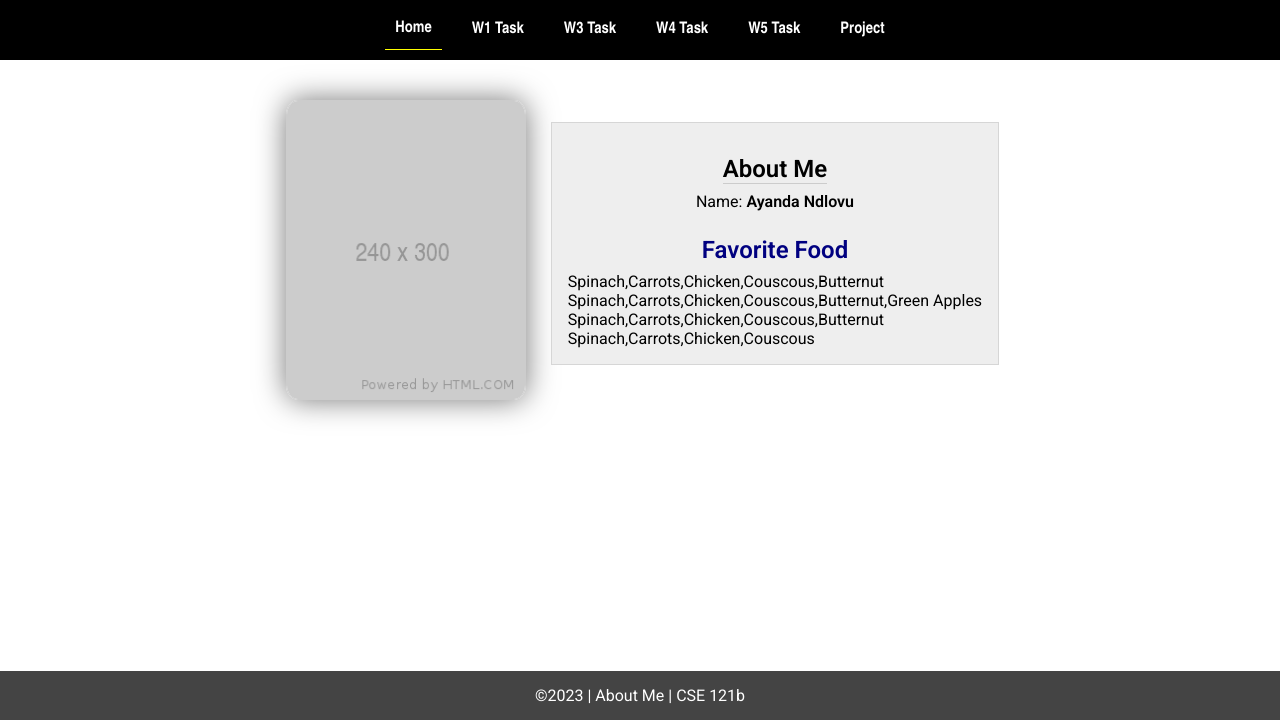
Repository: mszakutumela/cse121b
Page: index.html
An editor plug-in stored every save of this project. The page is shown before and after a run of saves, followed by the edit.
The browser window is 1280 px wide. The pictures show the whole page.

Above is the page before, as saved 2023-10-07 15:08:32.

After the next 2 saves:
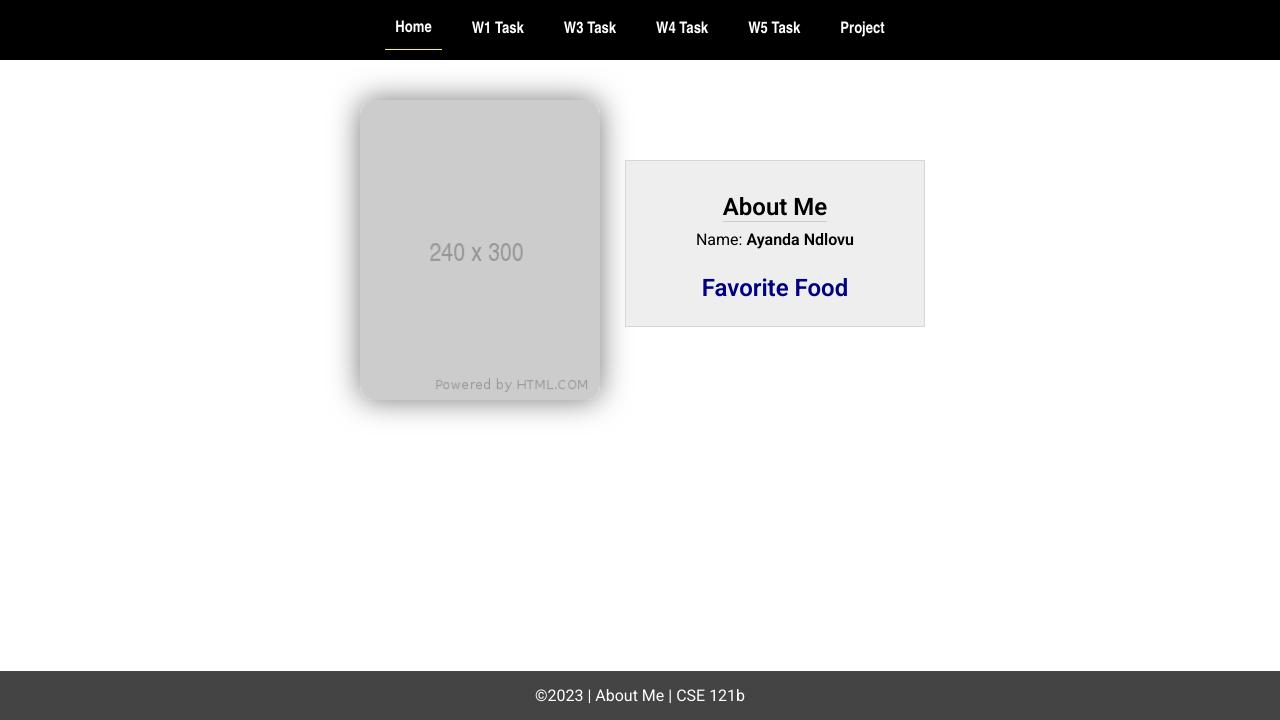
Console error: TypeError: Cannot read properties of undefined (reading 'setAttribute')
The 2 saves are shown as one change because they came seconds apart.
The last was saved 34 s later.
--- a/scripts/w02-task.js
+++ b/scripts/w02-task.js
@@ -11,7 +11,7 @@ const profilePicture = "images/20221109_183304.jpg";
 const nameElement = document.getElementById('name');
 const foodElement = document.getElementById('food');
 const yearElement = document.querySelector('#year');
-let imageElement = document.getElementsByTagName('img');
+let imageElement = document.querySelector('img');
 // const imageElement = document.querySelector('img');
 
 

After the 6 saves that followed:
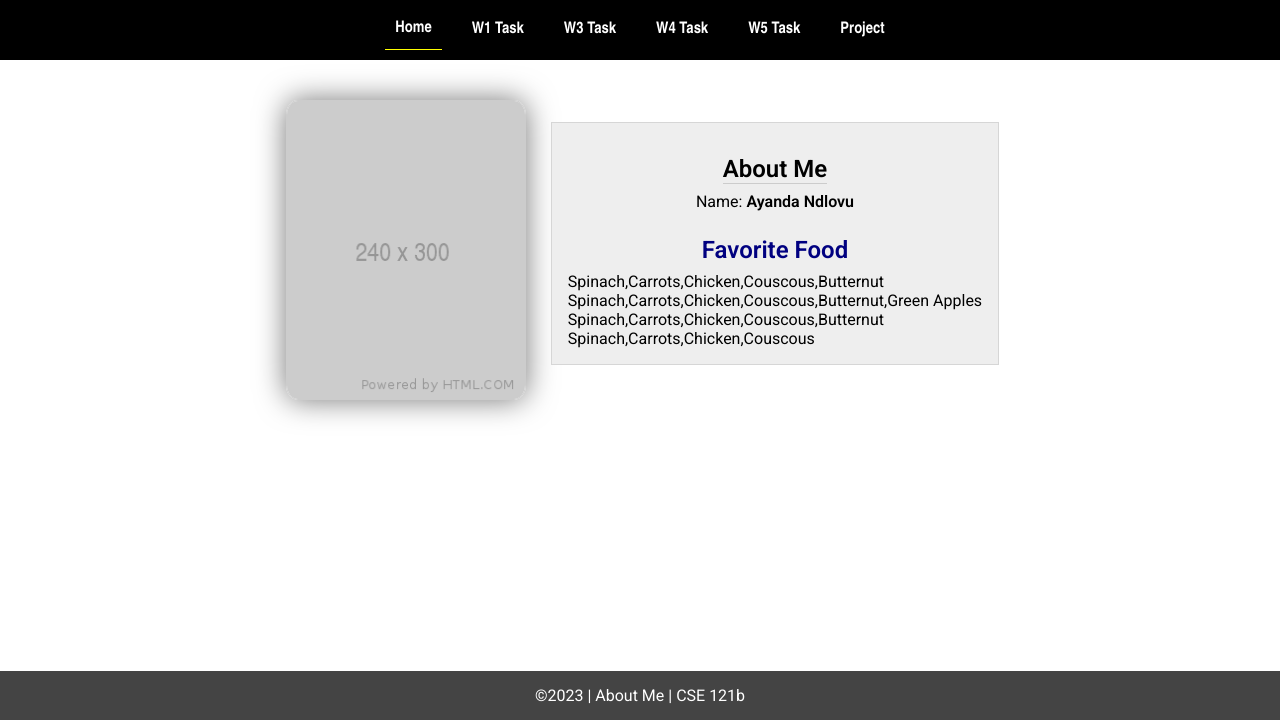
The error is gone.
The 6 saves are shown as one change because 5 left the picture as it was.
The last was saved 5 min 10 s later.
--- a/scripts/w02-task.js
+++ b/scripts/w02-task.js
@@ -5,7 +5,7 @@
 /* Step 2 - Variables */
 let fullName = "Ayanda Ndlovu";
 let currentYear = new Date().getFullYear();
-const profilePicture = "images/20221109_183304.jpg";
+const profilePicture = "images/20221109_183304.jpg"
 
 /* Step 3 - Element Variables */
 const nameElement = document.getElementById('name');
@@ -23,9 +23,9 @@ yearElement.textContent = `${currentYear}`;
 // imageElement.setAttribute('title', `${profilePicture}`);
 
 // imageElement.innerHTML = `${profilePicture}`;
-imageElement[0].setAttribute('scr', `${profilePicture}`);
-imageElement[0].setAttribute('alt', `${profilePicture}`);
-imageElement[0].setAttribute('title', `${profilePicture}`);
+imageElement.setAttribute('scr', `${profilePicture}`);
+imageElement.setAttribute('alt', `${profilePicture}`);
+imageElement.setAttribute('title', `${profilePicture}`);
 
 /* Step 5 - Array */
 let favoriteFoods = ['Spinach', 'Carrots', 'Chicken', 'Couscous', 'Butternut'];
